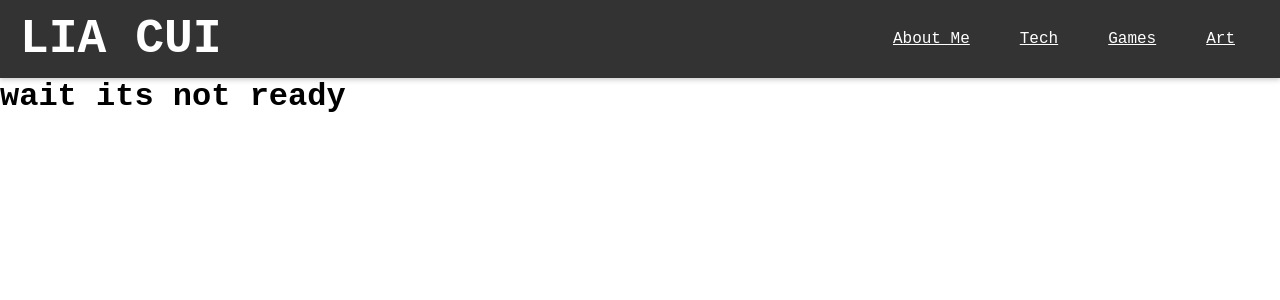
Repository: ljcui1/Lia-Cui-Portfolio
Page: index.html
The author's editor kept a copy of each file at every save. The page is drawn from the files as they stood at one save, then again after the next save.
The browser window is 1280 px wide. The pictures show the whole page.

Above is the page before, as saved 2026-01-15 11:37:26.

After the next save:
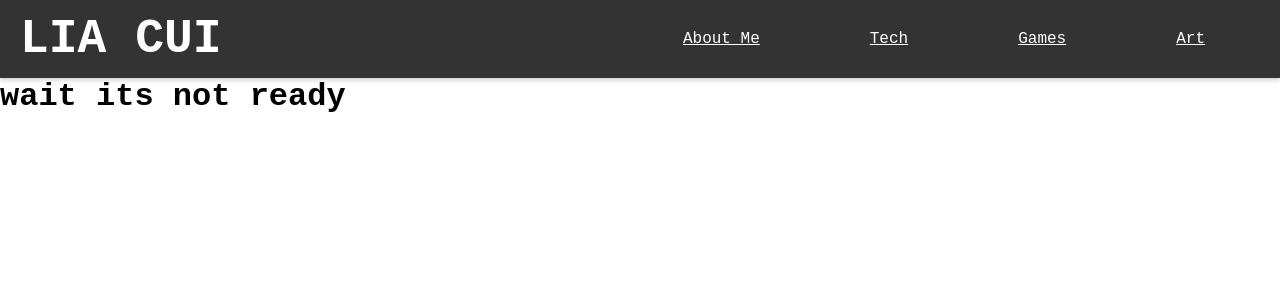
Saved 26 s later.
--- a/style.css
+++ b/style.css
@@ -46,7 +46,7 @@
 nav ul li a { /*specifically styling the unordered list item links in the navbar*/
     color: white;
     font-size: 1em;
-    padding: 20px 25px;
+    padding: 20px 55px;
     display: block; /*makes entire padding area clickable to corresponding link*/
     transition: background-color 0.3s;
 }
